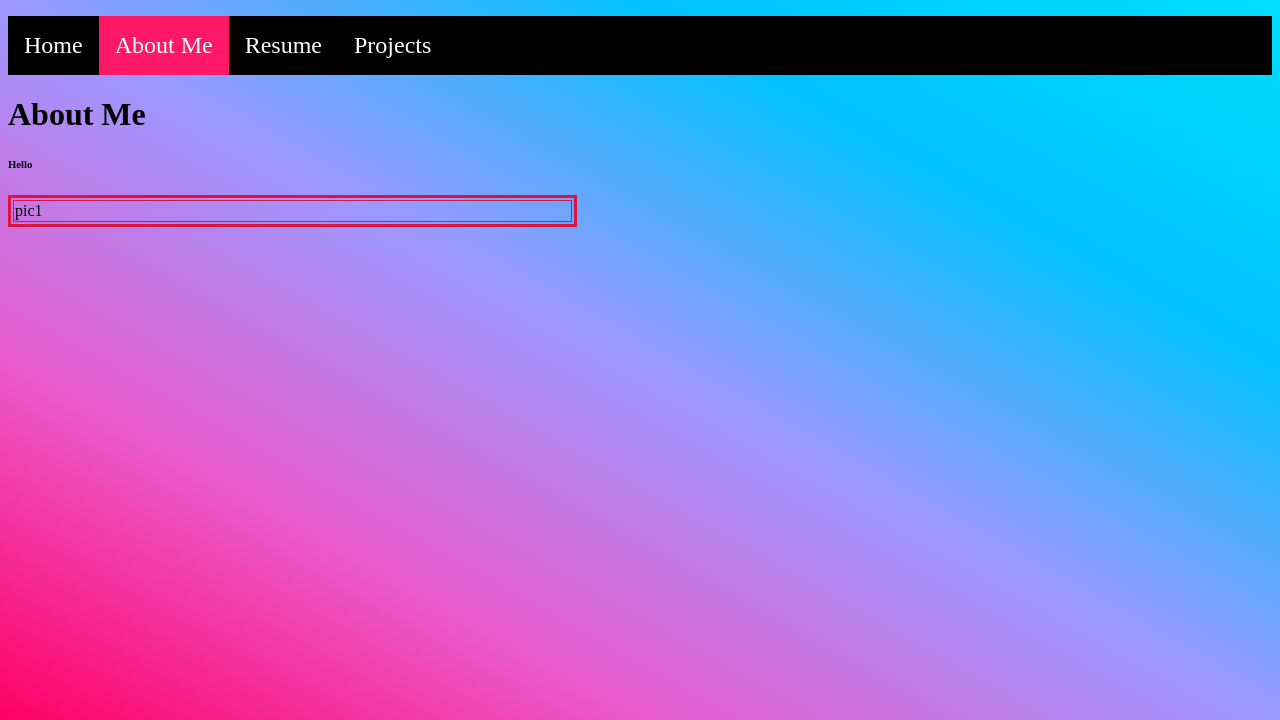
Repository: Zatarain10/Zatarain10.github.io
Page: aboutme.html
The author's editor kept a record of every edit. The page is drawn from the files as they stood at one moment, then again after the next edit.
The browser window is 1280 px wide. The pictures show the whole page.

Above is the page before.

After the next edit:
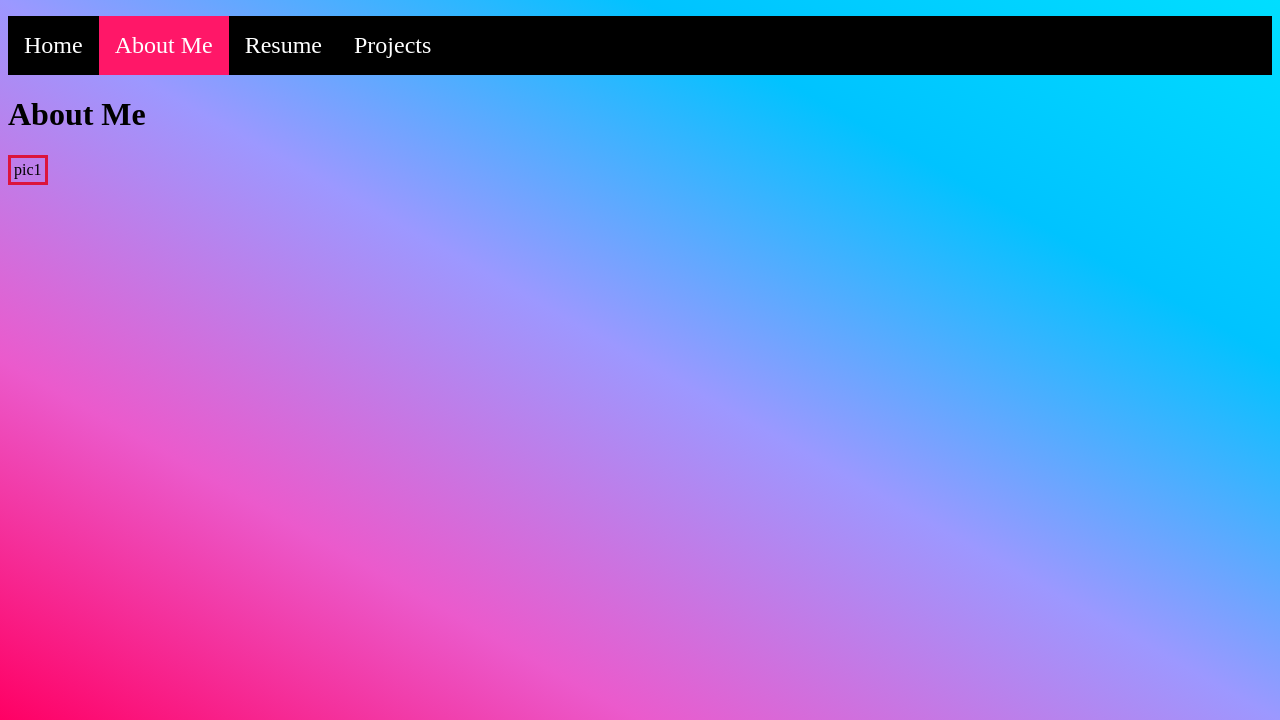
The edit:
--- a/aboutme.html
+++ b/aboutme.html
@@ -22,7 +22,7 @@
 
         <h1>About Me</h1>
 
-        <table border="1"; bordercolor="crimson"; width="45%"; height="75%";>         <h6 float:right> Hello</h6>
+        <table>
             <tr>
                 <td>pic1</th>
             </tr>
